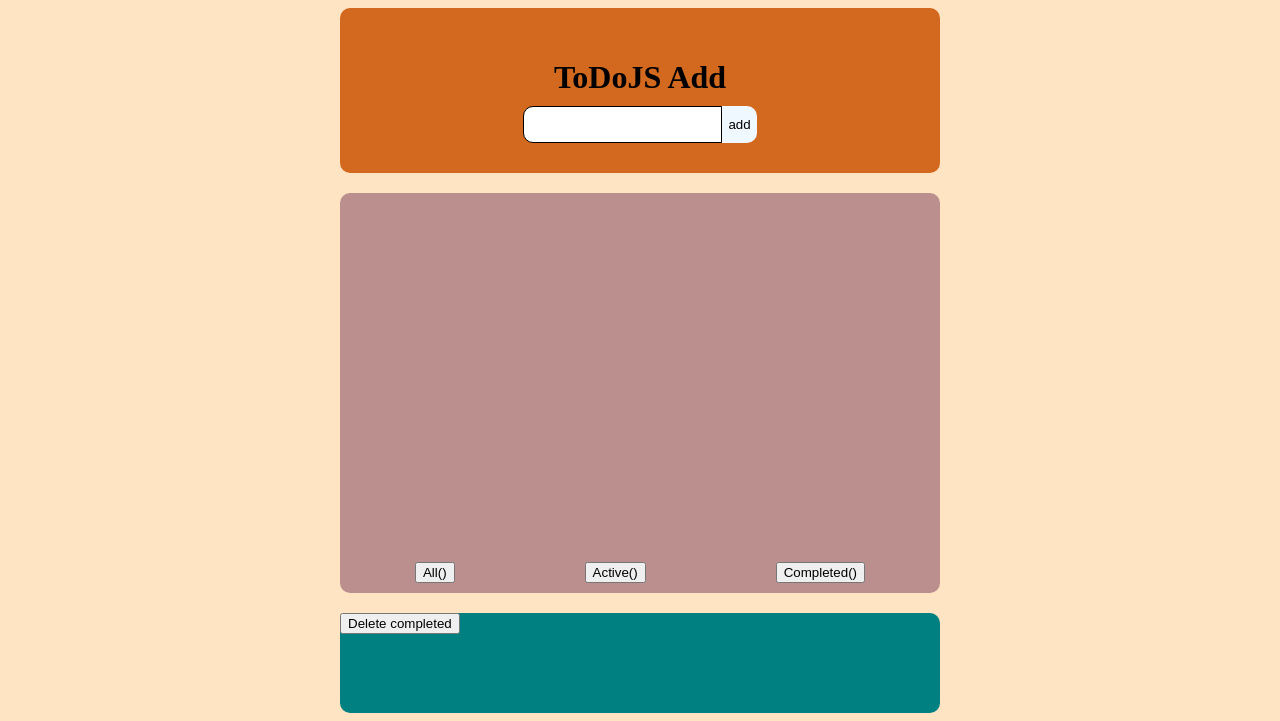
Repository: Savich01/ToDo
Page: index.html
The author's editor kept a copy of each file at every save. The page is drawn from the files as they stood at one save, then again after the next save.
The browser window is 1280 px wide. The pictures show the whole page.

Above is the page before, as saved 2024-05-03 15:39:27.

After the next save:
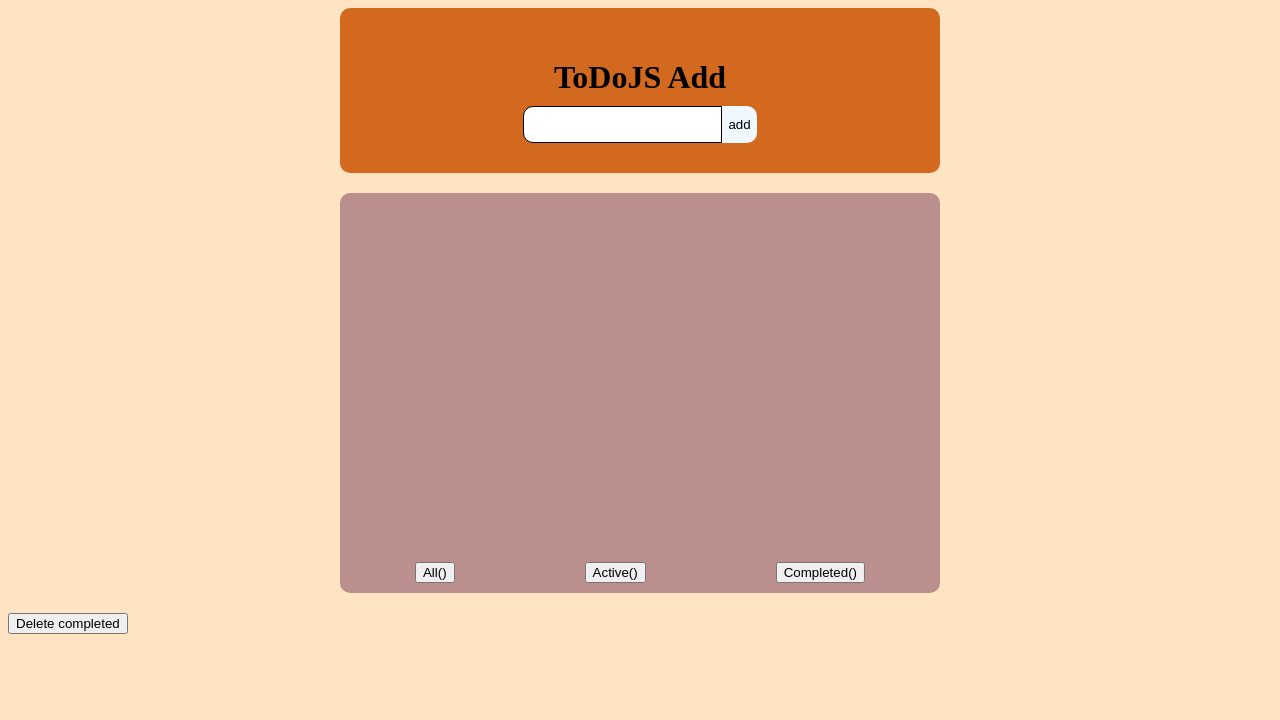
Saved 49 s later.
--- a/css/style.css
+++ b/css/style.css
@@ -66,15 +66,10 @@
 }
 /*------------------FOOTER--------------------------------------------------*/
 
-.footer-block {
+.footer-container  {
     max-width: 600px;
     margin: 0 auto;
-    background: #008080;
-    height: 100px;
+    background: #BC8F8F;
+    height: 400px;
     border-radius: 10px;
 }
-.footer-btn {
-    display: flex;
-    /* flex-direction: column; */
-    align-items: flex-end;
-}

After the save that followed:
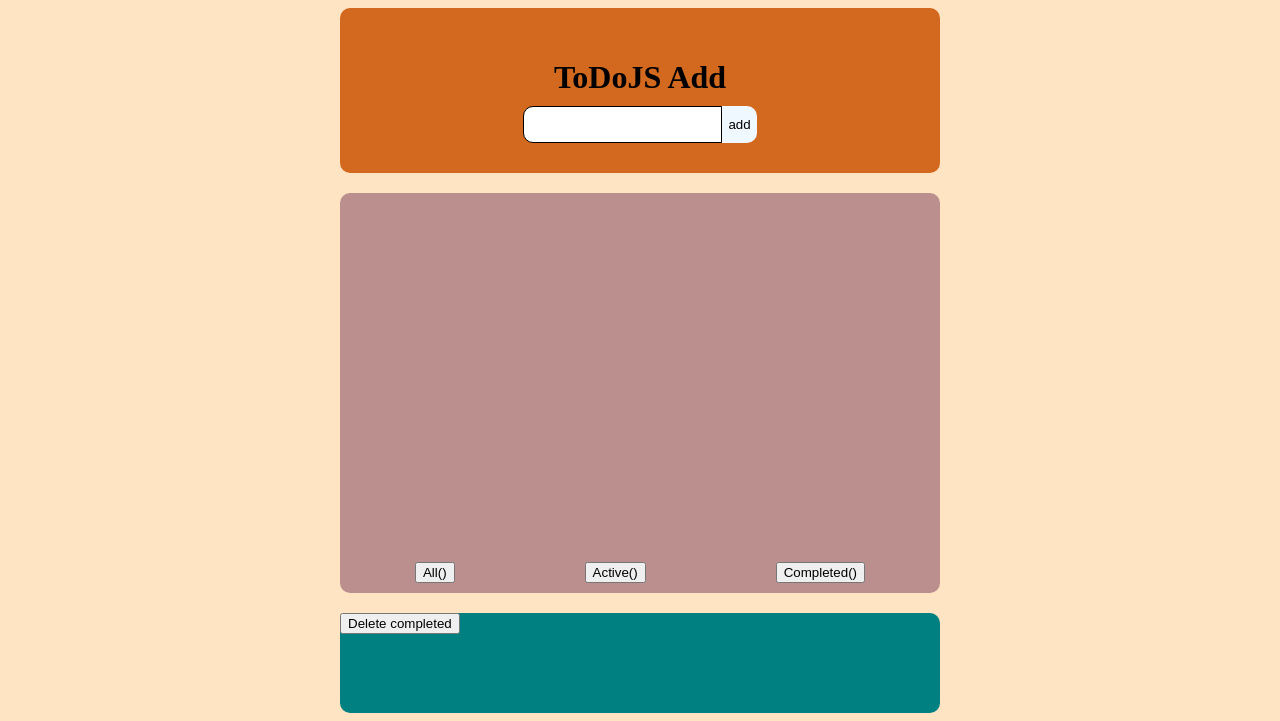
Saved 22 s later.
--- a/css/style.css
+++ b/css/style.css
@@ -66,10 +66,10 @@
 }
 /*------------------FOOTER--------------------------------------------------*/
 
-.footer-container  {
+.footer-block {
     max-width: 600px;
     margin: 0 auto;
-    background: #BC8F8F;
-    height: 400px;
+    background: #008080;
+    height: 100px;
     border-radius: 10px;
 }
